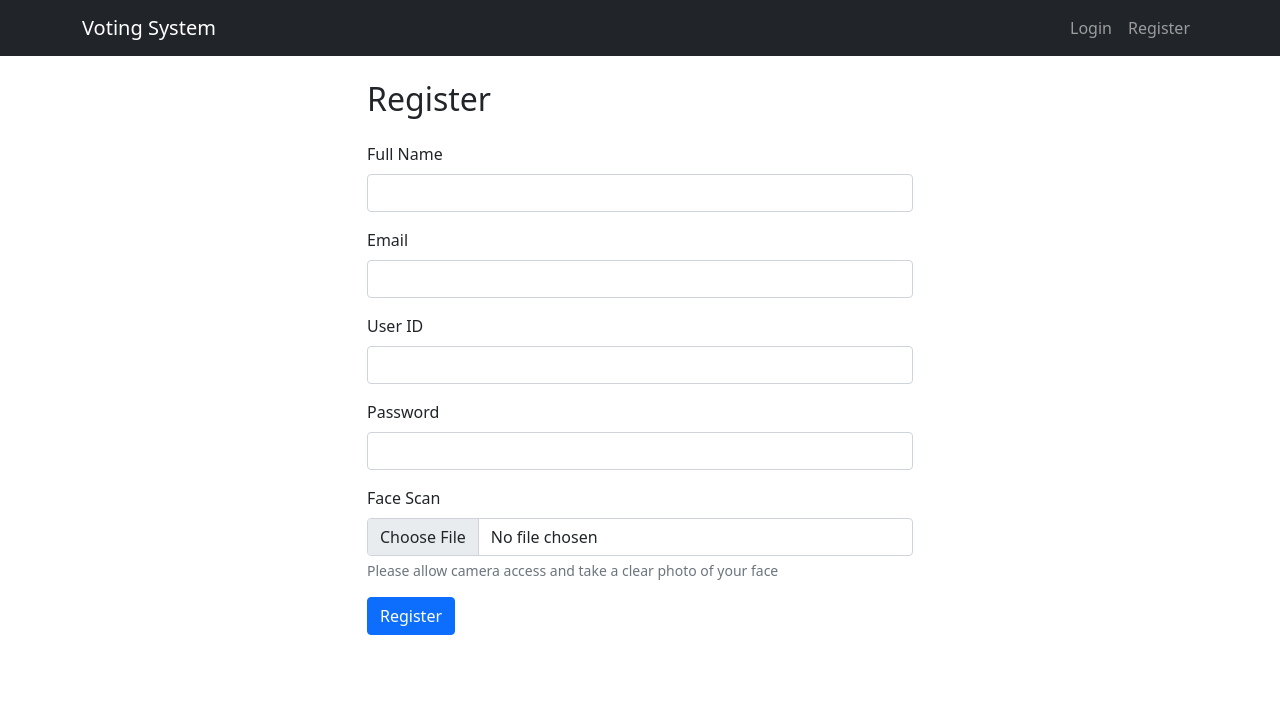
Repository: iammillie-creator/facial-voting-app
Page: http://localhost/register
These files come from the project's save history. The page is drawn as it stood at one moment and after the next save; the edit follows.
The browser window is 1280 px wide. The pictures show the whole page.
The page is served by the project's application, run on Flask 3 (app.py).

Above is the page before, as saved 2025-04-20 18:20:03.

After the next save:
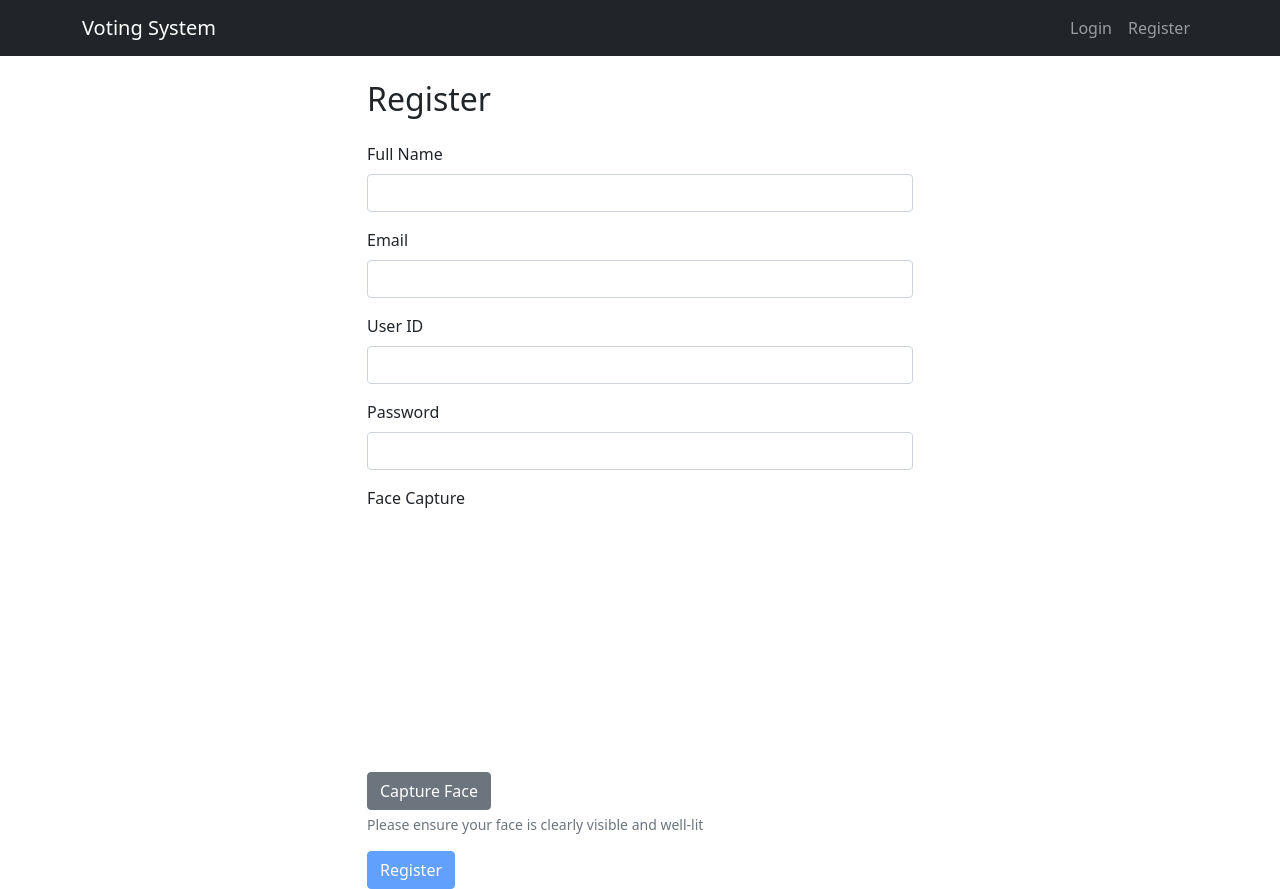
Saved 21 h 32 min later.
--- a/templates/register.html
+++ b/templates/register.html
@@ -5,7 +5,7 @@
     <div class="col-md-6">
         <h2 class="mb-4">Register</h2>
 
-        <form method="POST" enctype="multipart/form-data">
+        <form method="POST" enctype="multipart/form-data" id="registrationForm">
             <div class="mb-3">
                 <label for="name" class="form-label">Full Name</label>
                 <input type="text" class="form-control" id="name" name="name" required>
@@ -27,16 +27,22 @@
             </div>
 
             <div class="mb-3">
-                <label for="face_image" class="form-label">Face Scan</label>
-                <input type="file" class="form-control" id="face_image" name="face_image" accept="image/*" capture="user" required>
-                <div class="form-text">Please allow camera access and take a clear photo of your face</div>
+                <label class="form-label">Face Capture</label>
+                <div class="video-container mb-2">
+                    <video id="video" width="320" height="240" autoplay></video>
+                    <canvas id="canvas" width="320" height="240" style="display:none;"></canvas>
+                </div>
+                <button type="button" id="capture" class="btn btn-secondary">Capture Face</button>
+                <input type="hidden" id="face_image_data" name="face_image_data">
 
                 <div id="facePreview" class="mt-2" style="display: none;">
                     <img id="previewImage" src="#" alt="Face Preview" class="img-thumbnail" style="max-width: 200px;">
+                    <button type="button" id="retake" class="btn btn-sm btn-warning mt-2">Retake</button>
                 </div>
+                <div class="form-text">Please ensure your face is clearly visible and well-lit</div>
             </div>
 
-            <button type="submit" class="btn btn-primary">Register</button>
+            <button type="submit" class="btn btn-primary" id="submitBtn" disabled>Register</button>
         </form>
     </div>
 </div>
@@ -44,20 +50,58 @@
 
 {% block scripts %}
 <script>
-    // Preview face image before upload
-    document.getElementById('face_image').addEventListener('change', function(event) {
-        const file = event.target.files[0];
-        if (file) {
-            const preview = document.getElementById('previewImage');
-            const previewDiv = document.getElementById('facePreview');
+    // Access camera
+    const video = document.getElementById('video');
+    const canvas = document.getElementById('canvas');
+    const captureBtn = document.getElementById('capture');
+    const retakeBtn = document.getElementById('retake');
+    const faceInput = document.getElementById('face_image_data');
+    const previewDiv = document.getElementById('facePreview');
+    const previewImg = document.getElementById('previewImage');
+    const submitBtn = document.getElementById('submitBtn');
 
-            const reader = new FileReader();
-            reader.onload = function(e) {
-                preview.src = e.target.result;
-                previewDiv.style.display = 'block';
-            }
-            reader.readAsDataURL(file);
+    let stream = null;
+
+    // Start camera
+    function startCamera() {
+        navigator.mediaDevices.getUserMedia({ video: true, audio: false })
+            .then(s => {
+                stream = s;
+                video.srcObject = stream;
+            })
+            .catch(err => {
+                console.error("Error accessing camera:", err);
+                alert("Could not access camera. Please ensure you've granted camera permissions.");
+            });
+    }
+
+    // Capture image
+    captureBtn.addEventListener('click', () => {
+        canvas.getContext('2d').drawImage(video, 0, 0, 320, 240);
+        const imageData = canvas.toDataURL('image/jpeg');
+        faceInput.value = imageData;
+        previewImg.src = imageData;
+        previewDiv.style.display = 'block';
+        captureBtn.style.display = 'none';
+        submitBtn.disabled = false;
+    });
+
+    // Retake image
+    retakeBtn.addEventListener('click', () => {
+        faceInput.value = '';
+        previewDiv.style.display = 'none';
+        captureBtn.style.display = 'block';
+        submitBtn.disabled = true;
+    });
+
+    // Stop camera when leaving page
+    window.addEventListener('beforeunload', () => {
+        if (stream) {
+            stream.getTracks().forEach(track => track.stop());
         }
     });
+
+    // Initialize camera
+    startCamera();
 </script>
 {% endblock %}
